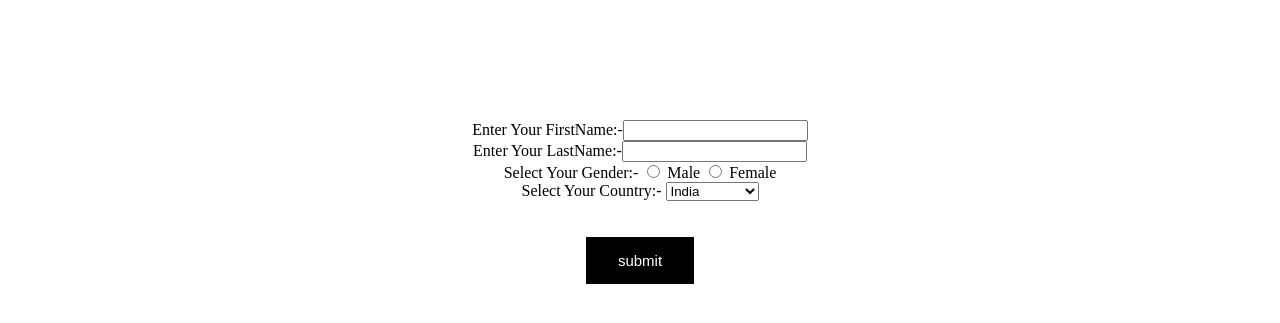
Repository: ErNitesh-d/java-program
Page: JAVA PROJECTS/ASSIGNMMENT_2/WebContent/index.html
These files come from the project's save history. The page is drawn as it stood at one moment and after the next save; the edit follows.
The browser window is 1280 px wide. The pictures show the whole page.

Above is the page before, as saved 2022-09-03 15:36:47.

### JAVA PROJECTS/ASSIGNMMENT_2/WebContent/index.html

<!DocType html>
<html>
<body>
<div style=" margin: auto;
width: 75%;
text-align: center;
padding: 70px 0;
border: 0px solid white;
text-align: header;
margin-top: 50px;">
<form action="Hello" method="get">
Enter Your FirstName:-<input type="text" name="FirstName"><br>
Enter Your LastName:-<input type="text" name="LastName"><br>
Select Your Gender:-
<input type="radio" id="Male" name="Gender" value="Male">
<label for="Male">Male</label>
<input type="radio" id="Female" name="Gender" value="Female">
<label for="Female">Female</label><br>
<label for="cars">Select Your Country:-</label>
<select name="Country" id="cars">
<option value="India">India</option>
<option value=" America">America</option>
<option value=" Afghanistan">Afghanistan</option>
<option value="Pakistan">Pakistan</option>
<option value="china">china</option>
</select><br>
<br>
<br>
<input type="submit" style=" position: relative; background-color:black ; /* Green */
border: none;
color: white;
padding: 15px 32px;
text-align: left;
text-decoration: none;
display: white;
font-size: 15px;"value="submit">
</form>
</div>
</body>
</html>

After the next save:
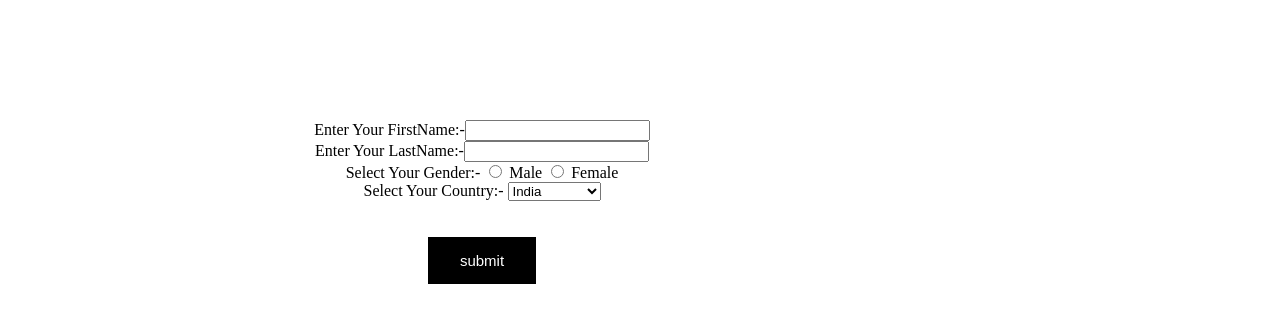
Saved 53 s later.
--- a/JAVA PROJECTS/ASSIGNMMENT_2/WebContent/index.html
+++ b/JAVA PROJECTS/ASSIGNMMENT_2/WebContent/index.html
@@ -2,7 +2,7 @@
 <!DocType html>
 <html>
 <body>
-<div style=" margin: auto;
+<div style=" margin: ;
 width: 75%;
 text-align: center;
 padding: 70px 0;

After the 2 saves that followed:
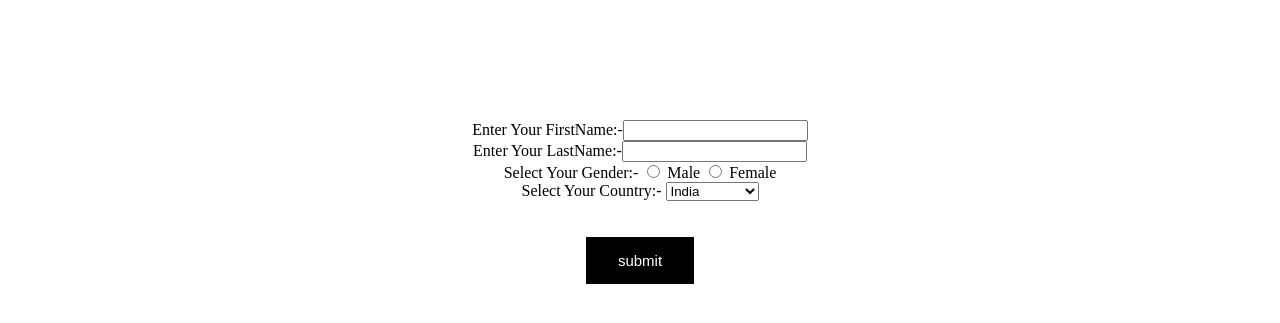
The 2 saves are shown as one change because 1 left the picture as it was.
The last was saved 47 s later.
--- a/JAVA PROJECTS/ASSIGNMMENT_2/WebContent/index.html
+++ b/JAVA PROJECTS/ASSIGNMMENT_2/WebContent/index.html
@@ -2,7 +2,7 @@
 <!DocType html>
 <html>
 <body>
-<div style=" margin: ;
+<div style=" margin: auto;
 width: 75%;
 text-align: center;
 padding: 70px 0;
